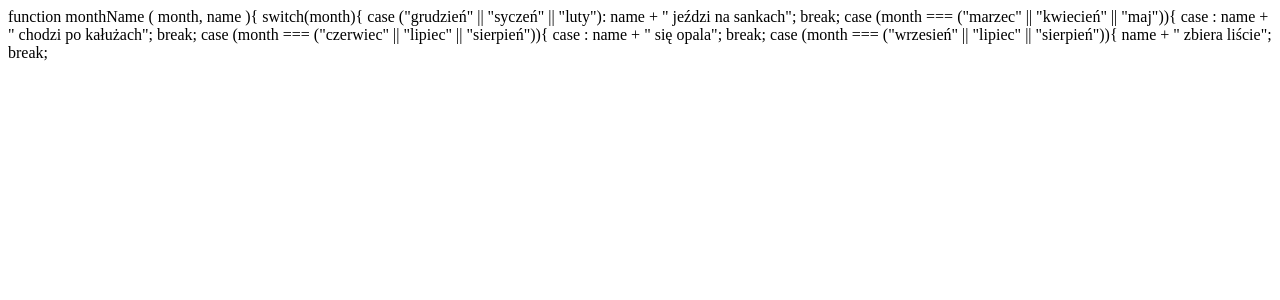
Repository: Maxs777/wizytowka
Page: index.html
These files come from the project's save history. The page is drawn as it stood at one moment and after a run of saves; the edit follows.
The browser window is 1280 px wide. The pictures show the whole page.

Above is the page before, as saved 2019-03-06 14:51:29.

After the next 2 saves:
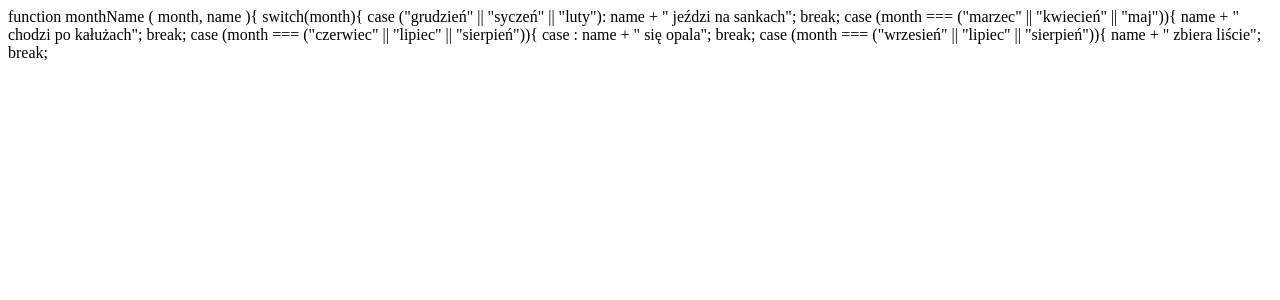
The 2 saves are shown as one change because they came seconds apart.
The last was saved 7 s later.
--- a/index.html
+++ b/index.html
@@ -19,7 +19,7 @@ case ("grudzień" || "syczeń" || "luty"):
 name + " jeździ na sankach";
 break;
 case (month === ("marzec" || "kwiecień" || "maj")){
-case : name + " chodzi po kałużach";
+name + " chodzi po kałużach";
 break;
 case (month === ("czerwiec" || "lipiec" || "sierpień")){
 case : name + " się opala";
